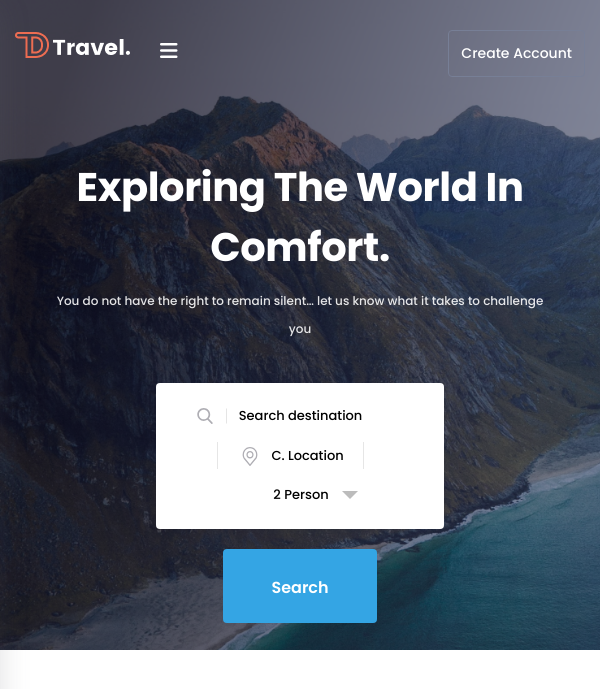
Repository: hoang0508/LandingPage-CodeTravel2
Page: index.html
The author's editor kept a copy of each file at every save. The page is drawn from the files as they stood at one save, then again after the next save.
The browser window is 600 px wide. The pictures show the whole page.
Some web libraries are served in a nearby version. The style sheet was rebuilt from its Sass, Less or Tailwind sources for each picture, by a compiler version that may differ from the author's.

Above is the page before, as saved 2022-09-16 15:31:42.

### index.html
<!DOCTYPE html>
<html lang="en">
  <head>
    <meta charset="UTF-8" />
    <meta http-equiv="X-UA-Compatible" content="IE=edge" />
    <meta name="viewport" content="width=device-width, initial-scale=1.0" />
    <title>Travale LandingPage</title>
    <link rel="stylesheet" href="https://cdnjs.cloudflare.com/ajax/libs/font-awesome/4.7.0/css/font-awesome.css">
    <link rel="stylesheet" href="./css/style.css" />
  </head>
  <body>
    <div class="wrapper">
      <!-- HEADER -->
      <header class="header">
        <div class="container">
          <div class="header-main">
            <div class="header-logo">
              <img src="./images/Logo.png" alt="Logo" />
            </div>
            <nav class="header-menu">
              <ul class="header-menu--list">
                <li class="header-menu--item">
                  <a href="#" class="header-menu--link">FIND A TRIP</a>
                </li>
                <li class="header-menu--item">
                  <a href="#" class="header-menu--link">DESTINATIONS</a>
                </li>
                <li class="header-menu--item">
                  <a href="#" class="header-menu--link">WHY BESNIK</a>
                </li>
                <li class="header-menu--item">
                  <a href="#" class="header-menu--link">CONTACT</a>
                </li>
              </ul>
              <div class="header-bar">
                <i class="fa-solid fa-bars"></i>
              </div>
            </nav>
            <div class="overlay"></div>

            <div class="header-button">
              <button class="button button-acount">Create Account</button>
            </div>
          </div>

          <div class="header-content">
            <h1 class="header-content--title">
              Exploring The World In Comfort.
            </h1>
            <p class="header-content--desc">
              You do not have the right to remain silent… let us know what it
              takes to challenge you
            </p>
            <div class="header-form">
              <div class="header-content--form">
                <div class="form-down">
                  <div class="form-down--col">
                    <div class="form-down--icon">
                      <img src="./images/icon-search.svg" alt="" />
                    </div>
                    <div class="form-down--text form-down--text-border"></div>
                      <span class="form-down--text form-down--text-txt">Search destination</span>
                    </div>
                  <div class="form-down--col">
                    <div class="form-down--icon">
                      <img src="./images/icon-loacation.svg" alt="" />
                    </div>
                    <span class="form-down--text form-down--text-location">C. Location</span>
                  </div>
                  <div class="form-down--col">
                    <span class="form-down--text">2 Person</span>
                    <div class="form-down--icon">
                      <img src="./images/icon-arrow.svg" alt="" />
                    </div>
                  </div>
                </div>
                </div>
                <button class="button button-search">Search</button>
              </div>
            </div>
          </div>
        </div>
      </header>
    </div>

    <script src="https://kit.fontawesome.com/6ddfb9b121.js" crossorigin="anonymous"></script>
    <script src="./script/main.js"></script>
  </body>
</html>

### script/main.js
const headerMenuList = document.querySelector(".header-menu--list");
const headerBar = document.querySelector(".header-bar");
const overlay = document.querySelector(".overlay");

headerBar.addEventListener("click", (item) => {
  headerMenuList.classList.toggle("header-menu--active");
  overlay.classList.toggle("show-overlay");
});

overlay.addEventListener("click", () => {
  headerMenuList.classList.remove("header-menu--active");
  overlay.classList.remove("show-overlay");
});

### sass/main.scss
@import "reset";
@import "variable";
@import "typography";
@import "base";
@import "global";
@import "header";

### sass/_reset.scss
*,
*::before,
*::after {
  box-sizing: border-box;
}
* {
  margin: 0;
  padding: 0;
  font: inherit;
}
body {
  line-height: 1.5;
}
img,
picture,
video,
canvas,
svg {
  display: block;
  max-width: 100%;
}
input,
button,
textarea,
select {
  outline: none;
}
p,
h1,
h2,
h3,
h4,
h5,
h6 {
  overflow-wrap: break-word;
}

a {
  text-decoration: none;
}

ul,
li {
  list-style: none;
}

### sass/_variable.scss
$text-white: #fff;
$primary-color: #34a5e4;
$border-gray: #e6e6e6;

### sass/_typography.scss
@font-face {
  font-family: "Poppins";
  src: url("../fonts/Poppins-Regular.ttf") format("opentype");
  font-style: normal;
  font-display: auto;
  font-weight: 400;
}

@font-face {
  font-family: "Poppins";
  src: url("../fonts/Poppins-Light.ttf") format("opentype");
  font-style: normal;
  font-display: auto;
  font-weight: 300;
}

@font-face {
  font-family: "Poppins";
  src: url("../fonts/Poppins-Medium.ttf") format("opentype");
  font-style: normal;
  font-display: auto;
  font-weight: 500;
}

@font-face {
  font-family: "Poppins";
  src: url("../fonts/Poppins-SemiBold.ttf") format("opentype");
  font-style: normal;
  font-display: auto;
  font-weight: 600;
}

@font-face {
  font-family: "Poppins";
  src: url("../fonts/Poppins-Thin.ttf") format("opentype");
  font-style: normal;
  font-display: auto;
  font-weight: 100;
}

@font-face {
  font-family: "Poppins";
  src: url("../fonts/Poppins-Bold.ttf") format("opentype");
  font-style: normal;
  font-display: auto;
  font-weight: 700;
}

### sass/_base.scss
body {
  font-family: "Poppins", sans-serif;
  font-weight: 500;
}

.wrapper {
  max-width: 1600px;
  margin: 0 auto;
}

.container {
  max-width: 1280px;
  margin: 0 auto;
}

@media screen and (max-width: 1023.98px) {
  .container {
    padding: 0 15px;
  }
}

### sass/_global.scss
// Button
button.button {
  display: inline-block;
  border: 0;
  cursor: pointer;
  color: $text-white;
  font-size: 14px;
  &-acount {
    background-color: transparent;
    padding: 19px 23px;
    border: 1.5px solid #777f96;
    border-radius: 4px;
  }
  &-search {
    height: 74px;
    padding: 27px 48px;
    background-color: $primary-color;
    color: $text-white;
    font-size: 16px;
    font-weight: 600;
    border-radius: 4px;
  }
}

// overlay
.show-overlay {
  position: fixed;
  top: 0;
  right: 0;
  bottom: 0;
  left: 0;
  background-color: rgba(0, 0, 0, 0.5);
  z-index: 10;
}

@media screen and (max-width: 767.98px) {
  button.button {
    &-acount {
      padding: 12px;
    }
  }
}

### sass/_header.scss
.header {
  background-image: url("../images/header-img.png");
  min-height: 800px;
  background-size: cover;
  background-repeat: repeat;
  padding-top: 30px;
  &-main {
    display: flex;
    align-items: center;
    margin-bottom: 135px;
  }
  &-logo {
    margin-right: 261px;
  }
  &-menu {
    &--list {
      display: flex;
      align-items: center;
      gap: 0 42px;
      margin-right: 225px;
    }
    &--link {
      color: $text-white;
      text-transform: lowercase;
      font-size: 14px;
    }
  }
  &-button {
    margin-left: auto;
  }
  &-form {
    display: flex;
    justify-content: center;
    align-items: center;
    gap: 0 20px;
  }
  &-content {
    text-align: center;
    &--title {
      max-width: 640px;
      width: 100%;
      margin: 0 auto;
      font-size: 62px;
      font-weight: 700;
      color: $text-white;
      margin-bottom: 20px;
      letter-spacing: -0.01em;
      line-height: 78px;
    }
    &--desc {
      max-width: 493px;
      margin: 0 auto;
      color: #ffffff;
      font-weight: 500;
      mix-blend-mode: normal;
      opacity: 0.88;
      line-height: 28px;
      margin-bottom: 80px;
    }
    &--form {
      background-color: #ffffff;
      padding: 23px 35px 24px 41px;
      height: 74px;
      border-radius: 4px;
      box-shadow: 0px 40px 80px -22px rgba(98, 89, 89, 0.09);
      .form-down {
        display: flex;
        align-items: center;
        &--col {
          display: flex;
          align-items: center;
          gap: 0 13px;
          &:nth-child(1) {
            margin-right: 43px;
          }
          &:nth-child(2) {
            position: relative;
            &::before {
              content: "";
              position: absolute;
              width: 1px;
              height: 27px;
              background-color: $border-gray;
              left: -25px;
            }
            &::after {
              content: "";
              position: absolute;
              width: 1px;
              height: 27px;
              background-color: $border-gray;
              right: 0;
            }
          }
          &:nth-child(3) {
            margin-left: 25px;
          }
        }
        &--text-border {
          position: relative;
          &::before {
            position: absolute;
            content: "";
            width: 1px;
            height: 15px;
            background: #e5e5e5;
            top: 50%;
            transform: translateY(-50%);
          }
        }
        &--text-txt {
          margin-right: 4px;
        }
        &--text-location {
          padding-right: 20px;
        }
        &--icon {
          width: 16px;
          height: 16px;
          display: inline-block;
          img {
            width: 100%;
            object-fit: cover;
          }
        }
      }
    }
  }
}

// reponsive Header

// Tablet
@media screen and (max-width: 1023.98px) {
  .header {
    min-height: 700px;
    &-main {
      align-items: baseline;
    }
    &-logo {
      margin-right: 30px;
    }
    &-menu--list {
      position: fixed;
      max-width: 400px;
      width: 100%;
      top: 0;
      left: 0;
      bottom: 0;
      background-color: #fff;
      box-shadow: rgba(100, 100, 111, 0.2) 0px 7px 29px 0px;
      display: flex;
      flex-direction: column;
      gap: 30px 0;
      align-items: stretch;
      padding: 20px;
      z-index: 20;
      transform: translateX(-100%);
      transition: all 0.25s linear;
    }
    &-menu--link {
      font-size: 18px;
      color: #333;
    }
    &-bar {
      color: $text-white;
      font-size: 20px;
      cursor: pointer;
    }
    &-menu--active {
      transform: translate(0);
    }
    .form-down--text {
      font-size: 13px;
    }
  }
}

// Phone
@media screen and (max-width: 767.98px) {
  .header {
    min-height: 650px;
    &-main {
      margin-bottom: 80px;
    }
    &-menu--list {
      max-width: 300px;
    }
    &-content {
      &--title {
        font-size: 40px;
        line-height: 60px;
        margin-bottom: 10px;
      }
      &--desc {
        font-size: 12px;
        margin-bottom: 40px;
      }
      &--form {
        height: auto;
      }
    }
    &-form {
      flex-direction: column;
      gap: 20px 0;
    }
    .form-down {
      flex-direction: column;
      align-items: center;
      gap: 20px 0;
    }
  }
}

After the next save:
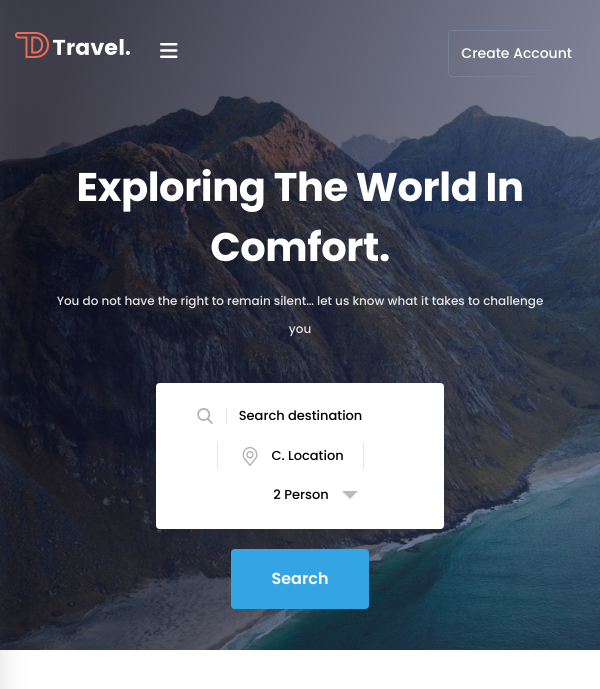
Saved 3 min 54 s later.
--- a/sass/_global.scss
+++ b/sass/_global.scss
@@ -38,5 +38,9 @@ button.button {
     &-acount {
       padding: 12px;
     }
+    &-search {
+      padding: 4px 40px;
+      height: 60px;
+    }
   }
 }
